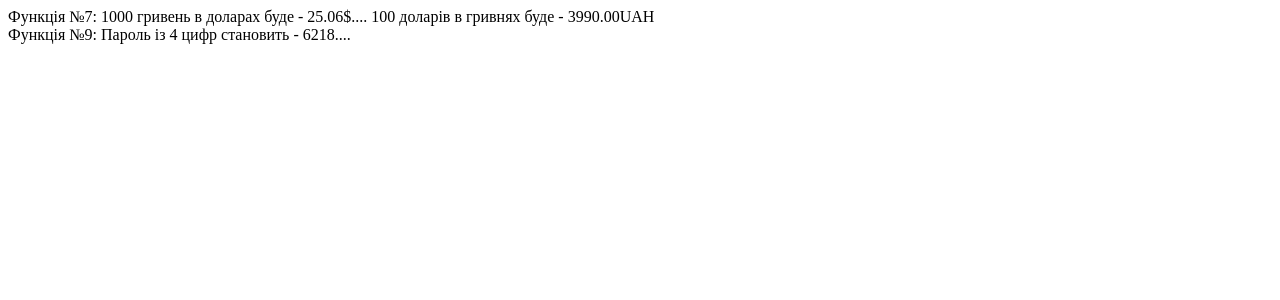
Repository: batonAnton/cursor_js_hw_3
Page: index.html
The author's editor kept a copy of each file at every save. The page is drawn from the files as they stood at one save, then again after the next save.
The browser window is 1280 px wide. The pictures show the whole page.

Above is the page before, as saved 2022-08-31 11:29:43.

### index.html
<!DOCTYPE html>
<html lang="en">
<head>
    <meta charset="UTF-8">
    <meta http-equiv="X-UA-Compatible" content="IE=edge">
    <meta name="viewport" content="width=device-width, initial-scale=1.0">
    <title>Hw_3  function</title>
</head>
<body>
    <script src="./js/index.js"></script>
</body>
</html>

### js/index.js
// first task
function getMaxDigit(argNew = 123459 ){
    let varNew  = argNew.toString().split('');
    let bigNum = varNew[0];
    for (let i = 0; i < varNew.length; i++) {
        if(varNew[i] > bigNum ) bigNum = varNew [i];

    } return bigNum;
}
console.log(getMaxDigit());


// second task
function exponentDigit(a,b){
    let first = a;
    let second = b;
    let res = 1;
    for(let i = 0; i < b; i++ ){
        res *= a;
    }return res;
}

console.log(exponentDigit(2,2));

// 3 task

function nameChange(name) {
    return  name.charAt(0).toUpperCase() +  name.slice(1).toLowerCase();
  }


console.log(nameChange("toLik"));

// 4 task

// function calcPercentage( percentageSalary = 19.5){
//     let firstNum = prompt("Сума зарплати ");
//     return firstNum - ((percentageSalary * 1000) * 0.100 / 10);


// }
// console.log(calcPercentage());

// 5 task
function randomRange(minValue,maxValue){

    return Math.ceil(Math.random() * (maxValue - minValue)) + minValue;
}

console.log(randomRange(1,5));

// 6 task

function repeatLetter( str )
{

  for( let i = 0 ;i < str.length ;i++)
  {
    let count = 0;
    for( let j = 0 ;j < str.length ;j++)
    {
      if( str[i] == str[j] && i > j  )
      {
       break;
      }
      if( str[i] == str[j]  )
      {
        count++;
      }
    }
    if( count > 0)
    console.log(`${str[i].toUpperCase()} повторюється  ${count} рази`);
  }

}


let test_str = "укулеле";
console.log("У слові " + " " + test_str + " " + "слова повторюються :");
repeatLetter( test_str);

// 7 task

function convertCurrency (typeValue){
    let dollars = 39.9;
    let res;
        if (typeValue.includes("UAH")) {
            res =   (+typeValue.slice(0, typeValue.indexOf("UAH")) / dollars).toFixed(2) + "$";

          } else if (typeValue.includes("$")) {
            res = (+typeValue.slice(0, typeValue.indexOf("$")) * dollars).toFixed(2) + "UAH";
          } else {
            alert("тільки долари і гривні");
          } return res;


}


let typeValue="1000 UAH";

document.writeln(`Функція №7: 1000 гривень в доларах буде - ${convertCurrency(typeValue)}....`);
typeValue = "100$";
document.writeln(`100 доларів в гривнях  буде - ${convertCurrency(typeValue)} `);

// 9 task
 function getRandomPassword(arg=4){
  let result = "";
    // if(arg == 4){
      for(let i = 0; i < arg; i++){
        result +=(Math.random() * 10).toFixed().toString();
        debugger;
      }
        return result;

    //   }else
    //   {
    //     for(let i = 0; i < arg.length; i++){
    //       result+= (Math.random() * 10).toFixed().toString();
    //     return result;

    //     }
    // }
 }
 let arg = 8;
 console.log(getRandomPassword());
 document.writeln(`<br> Функція №9: Пароль із  4 цифр становить - ${getRandomPassword()}....`);

After the next save:
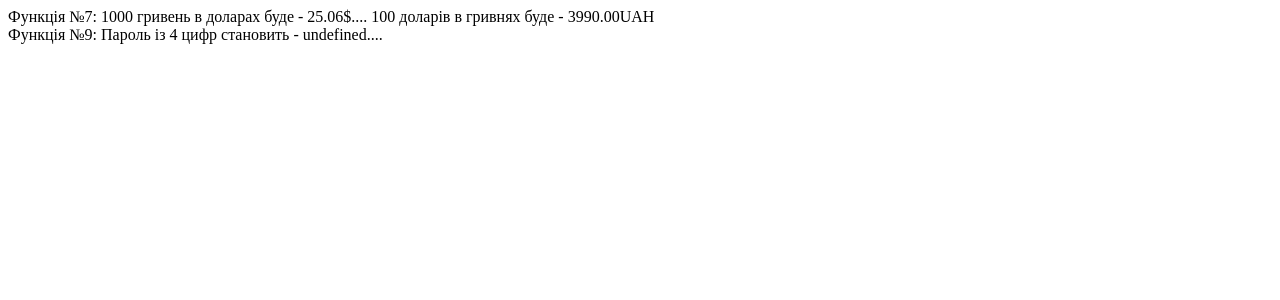
Saved 5 min 55 s later.
--- a/js/index.js
+++ b/js/index.js
@@ -105,13 +105,13 @@ document.writeln(`100 доларів в гривнях  буде - ${convertCurr
 
 // 9 task
  function getRandomPassword(arg=4){
-  let result = "";
+
+  let result = '';
     // if(arg == 4){
       for(let i = 0; i < arg; i++){
         result +=(Math.random() * 10).toFixed().toString();
-        debugger;
+        // debugger;
       }
-        return result;
 
     //   }else
     //   {
@@ -122,6 +122,5 @@ document.writeln(`100 доларів в гривнях  буде - ${convertCurr
     //     }
     // }
  }
- let arg = 8;
- console.log(getRandomPassword());
+ console.log(getRandomPassword(4));
  document.writeln(`<br> Функція №9: Пароль із  4 цифр становить - ${getRandomPassword()}....`);
